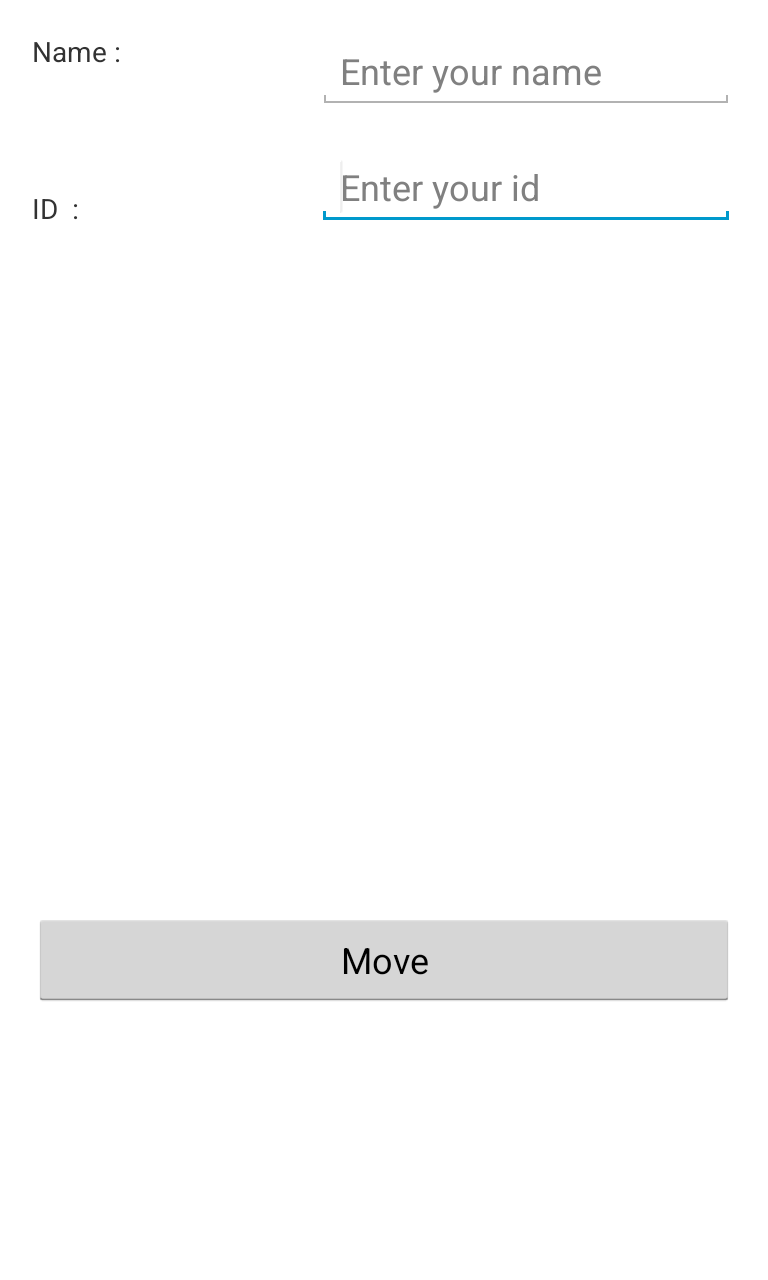
Repository: suzauddola/Android_Apps
Layout: Source/bundle/bandle/res/layout/first.xml
The author's editor kept a copy of each file at every save. The layout is drawn from the files as they stood at one save, then again after the next save.
It is drawn on a 768 x 1280 px phone screen (xhdpi) without system bars, with theme AppTheme; the app's code is not run.

Above is the layout before, as saved 2013-09-05 02:11:34.

### Source/bundle/bandle/res/layout/first.xml
<RelativeLayout xmlns:android="http://schemas.android.com/apk/res/android"
    xmlns:tools="http://schemas.android.com/tools"
    android:layout_width="match_parent"
    android:layout_height="match_parent"
    android:paddingBottom="@dimen/activity_vertical_margin"
    android:paddingLeft="@dimen/activity_horizontal_margin"
    android:paddingRight="@dimen/activity_horizontal_margin"
    android:paddingTop="@dimen/activity_vertical_margin"
    tools:context=".Main" >

    <TextView
        android:id="@+id/name"
        android:layout_width="wrap_content"
        android:layout_height="wrap_content"
        android:text="Name :    " />

    <EditText
        android:id="@+id/name1"
        android:layout_width="wrap_content"
        android:layout_height="wrap_content"
        android:layout_alignParentRight="true"
        android:layout_alignTop="@+id/name"
        android:ems="10"
        android:hint="Enter your name"/>

    <TextView
        android:id="@+id/tvID"
        android:layout_width="wrap_content"
        android:layout_height="wrap_content"
        android:layout_alignLeft="@+id/name"
        android:layout_below="@+id/name1"
        android:layout_marginTop="39dp"
        android:text="ID  : " />

    <EditText
        android:id="@+id/etID"
        android:layout_width="wrap_content"
        android:layout_height="wrap_content"
        android:layout_alignBottom="@+id/tvID"
        android:layout_alignLeft="@+id/name1"
        android:ems="10"
        android:hint="Enter your id">

        <requestFocus />
    </EditText>

    <Button
        android:id="@+id/button1"
        android:layout_width="fill_parent"
        android:layout_height="wrap_content"
        android:layout_alignLeft="@+id/tvID"
        android:layout_alignParentBottom="true"
        android:layout_marginBottom="120dp"
        android:text="Move" />

</RelativeLayout>

Loaded but not shown: Source/bundle/bandle/res/values/styles.xml (common file); Source/bundle/bandle/res/values-v11/styles.xml (common file); Source/bundle/bandle/res/values-v14/styles.xml (common file); Source/bundle/bandle/res/values/dimens.xml (common file)

After the next save:
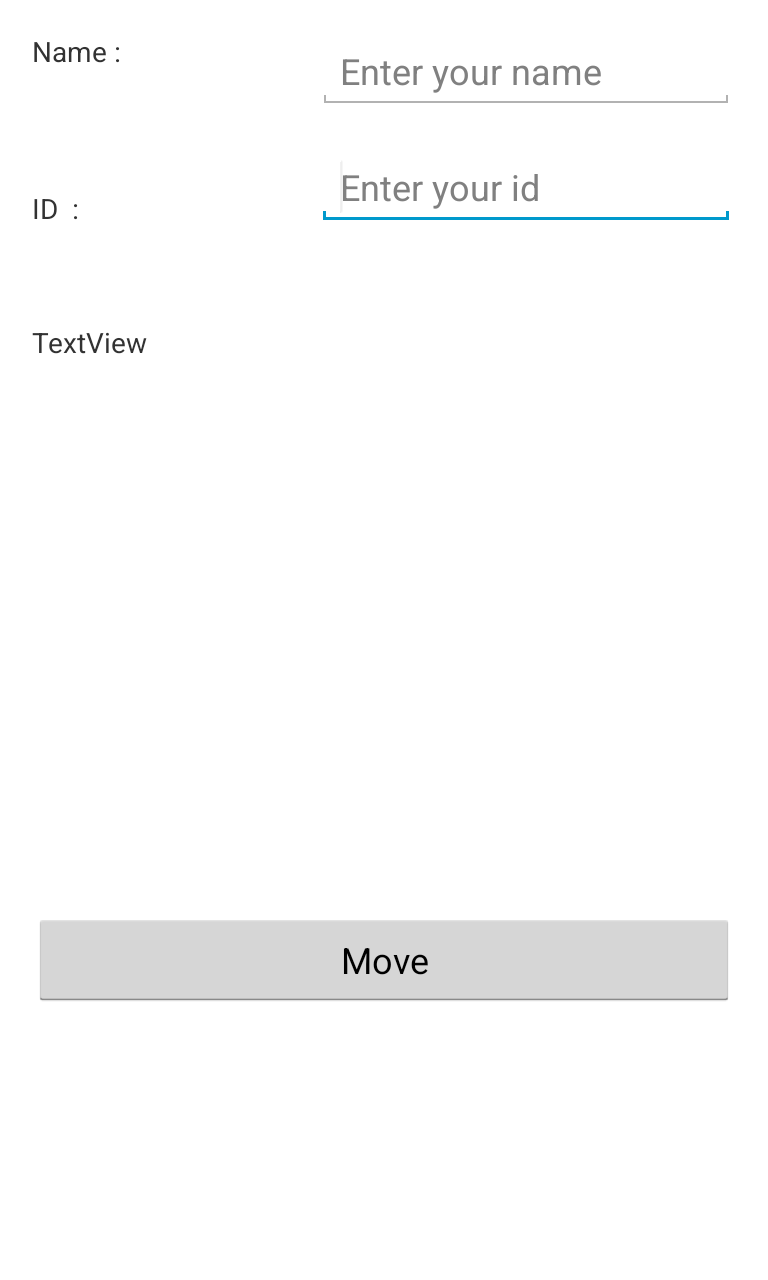
Saved 21 s later.
--- a/Source/bundle/bandle/res/layout/first.xml
+++ b/Source/bundle/bandle/res/layout/first.xml
@@ -53,4 +53,13 @@
         android:layout_marginBottom="120dp"
         android:text="Move" />
 
+    <TextView
+        android:id="@+id/tvCountry"
+        android:layout_width="wrap_content"
+        android:layout_height="wrap_content"
+        android:layout_alignParentLeft="true"
+        android:layout_below="@+id/tvID"
+        android:layout_marginTop="48dp"
+        android:text="TextView" />
+
 </RelativeLayout>
